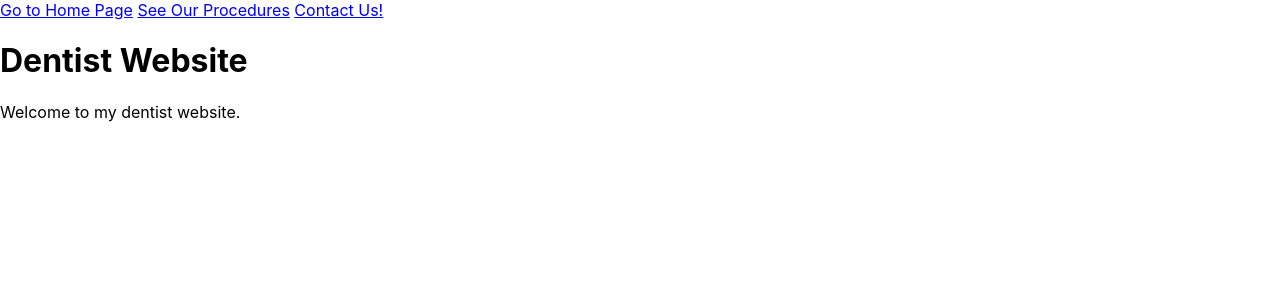
Repository: neldad1/dentist-app
Page: /
These files come from the project's save history. The page is drawn as it stood at one moment and after the next save; the edit follows.
The browser window is 1280 px wide. The pictures show the whole page.
The project was rebuilt for these pictures with package versions that can differ from the ones it lists, and the page was loaded fresh each time. Also part of the build but not shown: src/Contact.js, src/Procedures.js.

Above is the page before, as saved 2022-03-08 19:55:06.

After the next save:
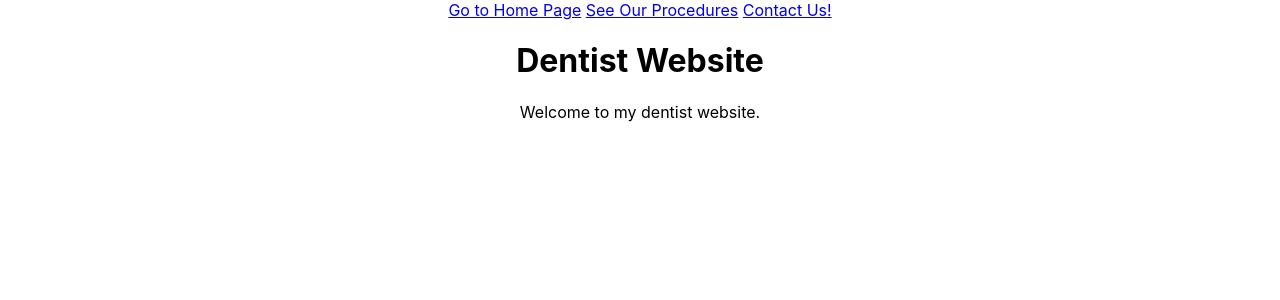
Saved 18 s later.
--- a/src/App.js
+++ b/src/App.js
@@ -2,6 +2,7 @@ import Home from './Home';
 import { BrowserRouter, Routes, Route, Link } from 'react-router-dom';
 import Contact from './Contact';
 import Procedures from './Procedures';
+import './App.css';
 
 function App() {
   return (
